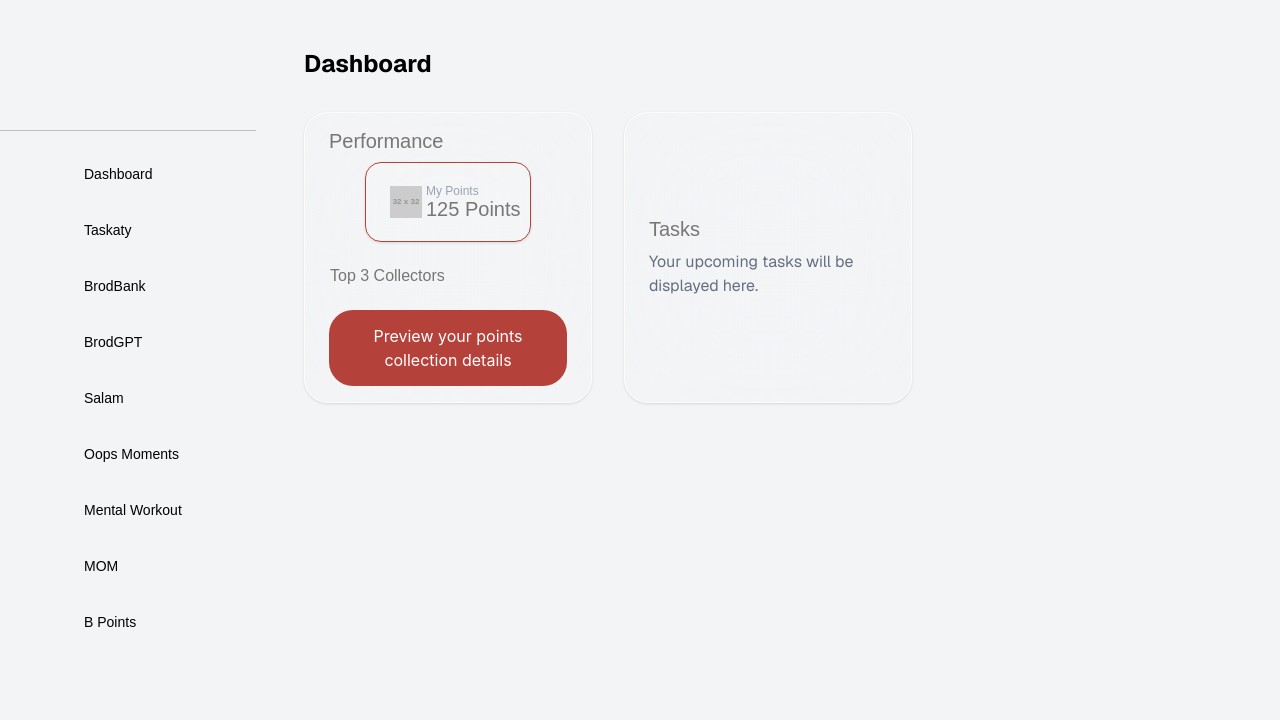
Repository: niirshihab/aetherav14
Page: /dashboard
These files come from the project's save history. The page is drawn as it stood at one moment and after the next save; the edit follows.
The browser window is 1280 px wide. The pictures show the whole page.
The project was rebuilt for these pictures with package versions that can differ from the ones it lists, and the page was loaded fresh each time. Some packages were replaced by stand-ins written for this rebuild. The framework's server and built-in components were replaced by stand-ins that run in the browser. Also part of the build but not shown: next.config.js.

Above is the page before, as saved 2024-07-21 01:58:48.

### app/dashboard/layout.tsx
// app/dashboard/layout.tsx
import { Sidebar } from '@/components/SideNav'

export default function DashboardLayout({
  children,
}: {
  children: React.ReactNode
}) {
  return (
    <div className="flex h-screen bg-gray-100">
      <Sidebar />
      <main className="flex-1 overflow-y-auto p-4">{children}</main>
    </div>
  )
}

### app/dashboard/page.tsx
// app/dashboard/page.tsx
import { Widget } from '@/components/Widget'
import { Button } from '@/components/Button'

export default function DashboardPage() {
  return (
    <div className="p-8">
      <h1 className="text-2xl font-bold mb-8">Dashboard</h1>
      <div className="grid grid-cols-1 md:grid-cols-2 lg:grid-cols-3 gap-8">
        <Widget title="Performance">
          <div className="w-80 h-20 justify-center items-center inline-flex">
            <div className="grow shrink basis-0 self-stretch justify-center items-center gap-2 inline-flex">
              <div className="w-40 h-20 justify-center items-center flex">
                <div className="grow shrink basis-0 self-stretch p-6 bg-brod-stone-50/5 rounded-2xl shadow border border-brod-rose-700 flex-col justify-center items-center gap-2 inline-flex">
                  <div className="h-16 justify-start items-center gap-1 inline-flex">
                    <img className="w-8 h-8" src="https://via.placeholder.com/32x32" alt="User" />
                    <div className="flex-col justify-start items-start gap-0.5 inline-flex">
                      <div className="text-gray-400 text-xs font-normal font-abeezee leading-none">My Points</div>
                      <div className="w-28 justify-start items-center gap-1 inline-flex">
                        <div className="text-brod-stone/60 text-xl font-normal font-abeezee leading-none">125 Points</div>
                      </div>
                    </div>
                  </div>
                </div>
              </div>
              {/* Add Company's Average section here */}
            </div>
          </div>
          <div className="self-stretch h-10 pl-px justify-start items-center inline-flex">
            <div className="grow shrink basis-0 flex-col justify-start items-start gap-0.5 inline-flex">
              <div className="text-brod-stone/60 text-base font-normal font-abeezee leading-none">Top 3 Collectors</div>
            </div>
            {/* Add top 3 collectors images here */}
          </div>
          <Button>Preview your points collection details</Button>
        </Widget>

        {/* Example of another widget */}
        <Widget title="Tasks">
          {/* Add task-related content here */}
          <p className="text-brod-gray-500">Your upcoming tasks will be displayed here.</p>
        </Widget>

        {/* Add more widgets as needed */}
      </div>
    </div>
  )
}

### app/globals.css
@tailwind base;
@tailwind components;
@tailwind utilities;

:root {
  --foreground: 0 0% 0%;
  --background: 0 0% 100%;
}

@media (prefers-color-scheme: dark) {
  :root {
    --foreground: 0 0% 100%;
    --background: 0 0% 0%;
  }
}

body {
  color: hsl(var(--foreground));
  background: hsl(var(--background));
}

### components/SideNav.tsx
// components/Sidebar.tsx
import React from 'react';
import Link from 'next/link';

const navItems = [
  { name: 'Dashboard', href: '/dashboard', icon: 'dashboard-icon' },
  { name: 'Taskaty', href: '/taskaty', icon: 'taskaty-icon', dropdown: true },
  { name: 'BrodBank', href: '/brodbank', icon: 'brodbank-icon' },
  { name: 'BrodGPT', href: '/brodgpt', icon: 'brodgpt-icon' },
  { name: 'Salam', href: '/salam', icon: 'salam-icon', dropdown: true },
  { name: 'Oops Moments', href: '/oops-moments', icon: 'oops-moments-icon' },
  { name: 'Mental Workout', href: '/mental-workout', icon: 'mental-workout-icon' },
  { name: 'MOM', href: '/mom', icon: 'mom-icon' },
  { name: 'B Points', href: '/b-points', icon: 'b-points-icon' },
];

export const Sidebar: React.FC = () => {
  return (
    <div className="w-64 h-96 relative">
      <div className="h-96 left-[24px] top-[147px] absolute flex-col justify-start items-center inline-flex">
        {navItems.map((item) => (
          <div key={item.name} className="self-stretch px-5 py-4 rounded-xl justify-start items-center gap-4 inline-flex">
            <div className={`w-6 h-6 relative ${item.icon}`} />
            <Link href={item.href} className="grow shrink basis-0 text-black text-sm font-normal font-abeezee leading-tight">
              {item.name}
            </Link>
            {item.dropdown && (
              <div className="w-6 h-6 relative origin-top-left -rotate-90 rounded-3xl" />
            )}
          </div>
        ))}
      </div>
      <div className="w-64 h-px left-0 top-[130px] absolute opacity-25 bg-brod-stone" />
      <div className="w-36 h-8 left-[60px] top-[62px] absolute">
        {/* Add your logo here */}
      </div>
    </div>
  );
};

### components/Widget.tsx
// components/Widget.tsx
import React from 'react';

interface WidgetProps {
  title: string;
  children: React.ReactNode;
}

export const Widget: React.FC<WidgetProps> = ({ title, children }) => {
  return (
    <div className="w-full max-w-sm mx-auto sm:max-w-md md:max-w-lg lg:max-w-xl xl:max-w-2xl h-auto px-4 sm:px-6 py-4 bg-brod-stone-50/5 rounded-3xl shadow border border-white/70 backdrop-blur-3xl flex-col justify-center items-start gap-2 inline-flex">
      <div className="w-full justify-start items-center gap-4 inline-flex">
        <h2 className="text-brod-stone/60 text-xl font-normal font-abeezee leading-tight">{title}</h2>
      </div>
      <div className="self-stretch flex-col justify-center items-center gap-3.5 flex">
        {children}
      </div>
    </div>
  );
};

### components/Button.tsx
// components/Button.tsx
import React from 'react';

interface ButtonProps {
  children: React.ReactNode;
  onClick?: () => void;
}

export const Button: React.FC<ButtonProps> = ({ children, onClick }) => {
  return (
    <button
      onClick={onClick}
      className="w-full sm:w-auto px-4 sm:px-7 py-2 sm:py-3.5 bg-brod-rose-700 rounded-3xl flex justify-center items-center"
    >
      <span className="text-center text-white text-sm sm:text-base font-normal font-inter leading-normal">
        {children}
      </span>
    </button>
  );
};

### tailwind.config.ts
// tailwind.config.js
module.exports = {
  content: [
    './pages/**/*.{js,ts,jsx,tsx,mdx}',
    './components/**/*.{js,ts,jsx,tsx,mdx}',
    './app/**/*.{js,ts,jsx,tsx,mdx}',
  ],
  theme: {
    extend: {
      colors: {
        'brod-black': '#000000',
        'brod-zinc': '#1B1B1B',
        'brod-stone': '#242220',
        'brod-slate': '#334058',
        'brod-gray': {
          400: '#948997',
          500: '#666E81',
        },
        'brod-rose': {
          500: '#F4485D',
          700: '#B5413B',
        },
        'brod-orange': '#EE9849',
        'brod-stone-50': '#FEF9F9',
        foreground: 'hsl(var(--foreground))',
        background: 'hsl(var(--background))',
      },
      fontFamily: {
        'abeezee': ['ABeeZee', 'sans-serif'],
        'inter': ['Inter', 'sans-serif'],
        'poppins': ['Poppins', 'sans-serif'],
        'roboto': ['Roboto', 'sans-serif'],
      },
    },
  },
  plugins: [],
}

Loaded but not shown: app/layout.tsx (common file)

After the next save:
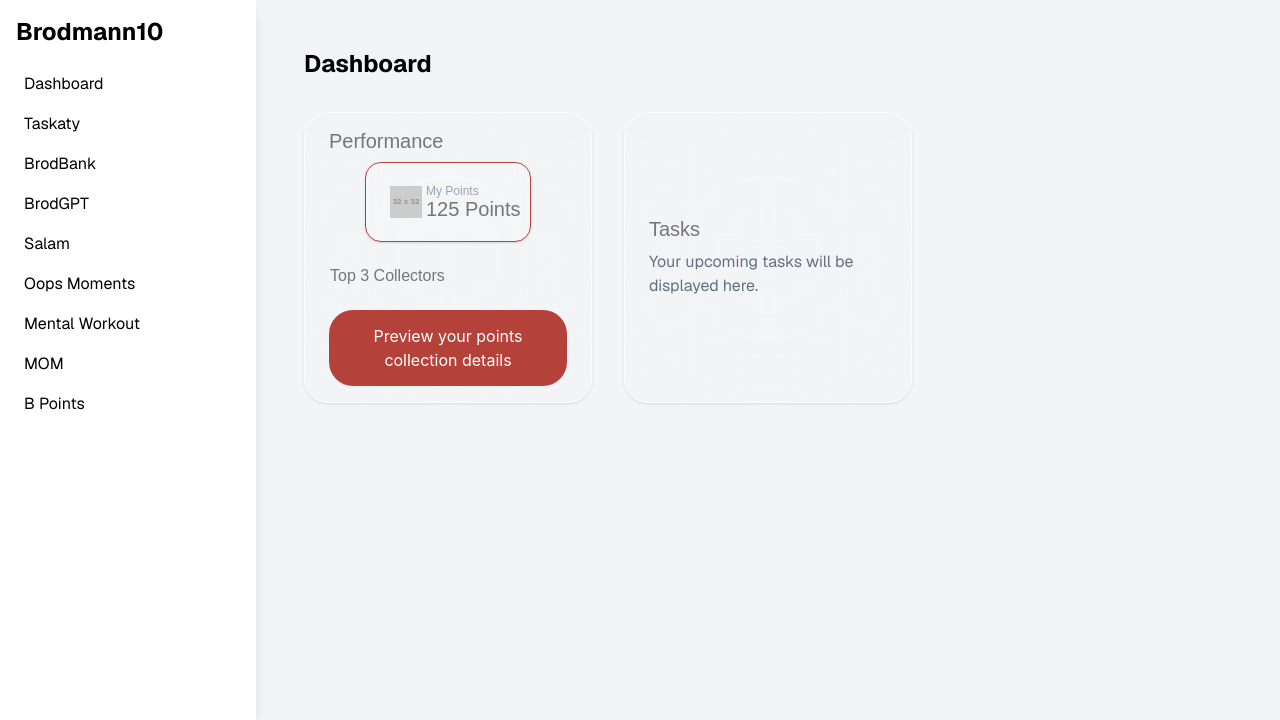
Saved 43 s later.
--- a/components/SideNav.tsx
+++ b/components/SideNav.tsx
@@ -1,6 +1,7 @@
 // components/Sidebar.tsx
-import React from 'react';
+import React, { useState } from 'react';
 import Link from 'next/link';
+import { Menu, X } from 'lucide-react';
 
 const navItems = [
   { name: 'Dashboard', href: '/dashboard', icon: 'dashboard-icon' },
@@ -15,25 +16,31 @@ const navItems = [
 ];
 
 export const Sidebar: React.FC = () => {
-  return (
-    <div className="w-64 h-96 relative">
-      <div className="h-96 left-[24px] top-[147px] absolute flex-col justify-start items-center inline-flex">
-        {navItems.map((item) => (
-          <div key={item.name} className="self-stretch px-5 py-4 rounded-xl justify-start items-center gap-4 inline-flex">
-            <div className={`w-6 h-6 relative ${item.icon}`} />
-            <Link href={item.href} className="grow shrink basis-0 text-black text-sm font-normal font-abeezee leading-tight">
-              {item.name}
-            </Link>
-            {item.dropdown && (
-              <div className="w-6 h-6 relative origin-top-left -rotate-90 rounded-3xl" />
-            )}
+    const [isOpen, setIsOpen] = useState(false);
+
+    return (
+      <>
+        <button
+          className="lg:hidden fixed top-4 left-4 z-20"
+          onClick={() => setIsOpen(!isOpen)}
+        >
+          {isOpen ? <X size={24} /> : <Menu size={24} />}
+        </button>
+        <div className={`fixed inset-y-0 left-0 transform ${isOpen ? "translate-x-0" : "-translate-x-full"} lg:relative lg:translate-x-0 transition duration-200 ease-in-out lg:flex lg:flex-col w-64 bg-white shadow-lg z-10`}>
+          <div className="p-4">
+            <h1 className="text-2xl font-bold">Brodmann10</h1>
           </div>
-        ))}
-      </div>
-      <div className="w-64 h-px left-0 top-[130px] absolute opacity-25 bg-brod-stone" />
-      <div className="w-36 h-8 left-[60px] top-[62px] absolute">
-        {/* Add your logo here */}
-      </div>
-    </div>
-  );
-};
+          <nav className="flex-1 overflow-y-auto">
+            {navItems.map((item) => (
+              <div key={item.name} className="px-4 py-2">
+                <Link href={item.href} className="flex items-center space-x-2 text-black hover:text-brod-rose-700">
+                  <span>{/* Add icon here */}</span>
+                  <span>{item.name}</span>
+                </Link>
+              </div>
+            ))}
+          </nav>
+        </div>
+      </>
+    );
+  };
